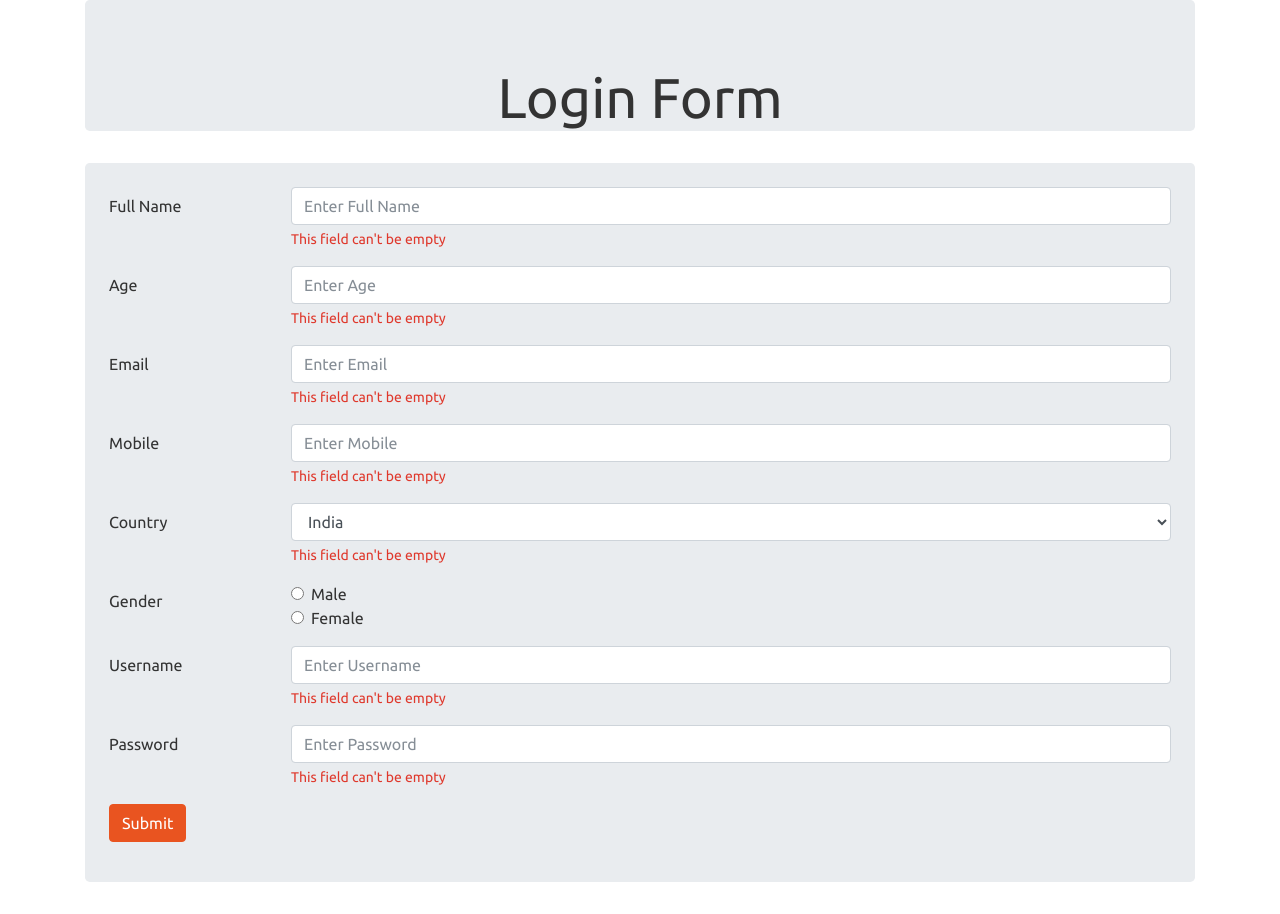
Repository: amar468S/Ng-templateDrivenForm
Page: /
These files come from the project's save history. The page is drawn as it stood at one moment and after the next save; the edit follows.
The browser window is 1280 px wide. The pictures show the whole page.
Some web libraries are served in a nearby version. The project was rebuilt for these pictures with package versions that can differ from the ones it lists, and the page was loaded fresh each time. Also part of the build but not shown: angular.json.

Above is the page before, as saved 2019-02-03 16:04:48.

### src/index.html
<!doctype html>
<html lang="en">
<head>
  <meta charset="utf-8">
  <title>NgTemplateForms</title>
  <base href="/">

  <meta name="viewport" content="width=device-width, initial-scale=1">
  <link rel="icon" type="image/x-icon" href="favicon.ico">
  <!-- CSS -->
  <link rel="stylesheet" href="https://stackpath.bootstrapcdn.com/bootstrap/4.2.1/css/bootstrap.min.css" integrity="sha384-GJzZqFGwb1QTTN6wy59ffF1BuGJpLSa9DkKMp0DgiMDm4iYMj70gZWKYbI706tWS" crossorigin="anonymous">
  <link rel="stylesheet" href="https://bootswatch.com/4/united/bootstrap.min.css">
  <!-- JS -->
  <script src="https://code.jquery.com/jquery-3.3.1.slim.min.js" integrity="sha384-q8i/X+965DzO0rT7abK41JStQIAqVgRVzpbzo5smXKp4YfRvH+8abtTE1Pi6jizo" crossorigin="anonymous"></script>
  <script src="https://cdnjs.cloudflare.com/ajax/libs/popper.js/1.14.6/umd/popper.min.js" integrity="sha384-wHAiFfRlMFy6i5SRaxvfOCifBUQy1xHdJ/yoi7FRNXMRBu5WHdZYu1hA6ZOblgut" crossorigin="anonymous"></script>
  <script src="https://stackpath.bootstrapcdn.com/bootstrap/4.2.1/js/bootstrap.min.js" integrity="sha384-B0UglyR+jN6CkvvICOB2joaf5I4l3gm9GU6Hc1og6Ls7i6U/mkkaduKaBhlAXv9k" crossorigin="anonymous"></script>

</head>
<body>
  <app-root></app-root>
</body>
</html>

### src/app/app.component.html
<div class="container">
    <div class="jumbotron pb-0">
      <p class="display-4 text-center mb-0">Login Form</p>
    </div>

  <div class="jumbotron p-4">
  <form>
      <div class="form-group row">
          <label class="col-sm-2 col-form-label">Full Name</label>
          <div class="col-sm-10">
            <input type="text" class="form-control" placeholder="Enter Full Name">
            <small class="form-text text-danger">This field can't be empty</small>
          </div>
      </div>
      <div class="form-group row">
          <label class="col-sm-2 col-form-label">Age</label>
          <div class="col-sm-10">
            <input type="number" class="form-control" placeholder="Enter Age">
            <small class="form-text text-danger">This field can't be empty</small>
          </div>
      </div>
      <div class="form-group row">
          <label class="col-sm-2 col-form-label">Email</label>
          <div class="col-sm-10">
            <input type="text" class="form-control" placeholder="Enter Email">
            <small class="form-text text-danger">This field can't be empty</small>
          </div>
      </div>
      <div class="form-group row">
          <label class="col-sm-2 col-form-label">Mobile</label>
          <div class="col-sm-10">
            <input type="text" class="form-control" placeholder="Enter Mobile">
            <small class="form-text text-danger">This field can't be empty</small>
          </div>
      </div>
      <div class="form-group row">
          <label class="col-sm-2 col-form-label">Country</label>
          <div class="col-sm-10">
            <select class="form-control">
              <option value="India">India</option>
              <option value="Sri Lanka">Sri Lanka</option>
              <option value="Bangladesh">Bangladesh</option>
              <option value="Nepal">Nepal</option>
            </select>
            <small class="form-text text-danger">This field can't be empty</small>
          </div>
      </div>
      <div class="form-group row">
          <label class="col-sm-2 col-form-label">Gender</label>
          <div class="col-sm-10">
            <div class="form-check">
              <input class="form-check-input" type="radio" name="gender">
              <label class="form-check-label">Male</label>
            </div>
            <div class="form-check">
                <input class="form-check-input" type="radio" name="gender">
                <label class="form-check-label">Female</label>
            </div>
          </div>
      </div>
      <div class="form-group row">
          <label class="col-sm-2 col-form-label">Username</label>
          <div class="col-sm-10">
            <input type="text" class="form-control" placeholder="Enter Username">
            <small class="form-text text-danger">This field can't be empty</small>
          </div>
      </div>
      <div class="form-group row">
          <label class="col-sm-2 col-form-label">Password</label>
          <div class="col-sm-10">
            <input type="password" class="form-control" placeholder="Enter Password">
            <small class="form-text text-danger">This field can't be empty</small>
          </div>
      </div>
      <div class="form-group">
          <div class="justify-content-center align-items-center">
            <input type="submit" class="btn btn-primary">
          </div>
      </div>
  </form>
  </div>

</div>

Loaded but not shown: src/styles.css (common file); src/main.ts (common file); src/app/app.module.ts (common file); src/environments/environment.ts (common file); src/app/app.component.ts (common file); src/app/app.component.css (no stored copy; drawn as an empty file)

After the next save:
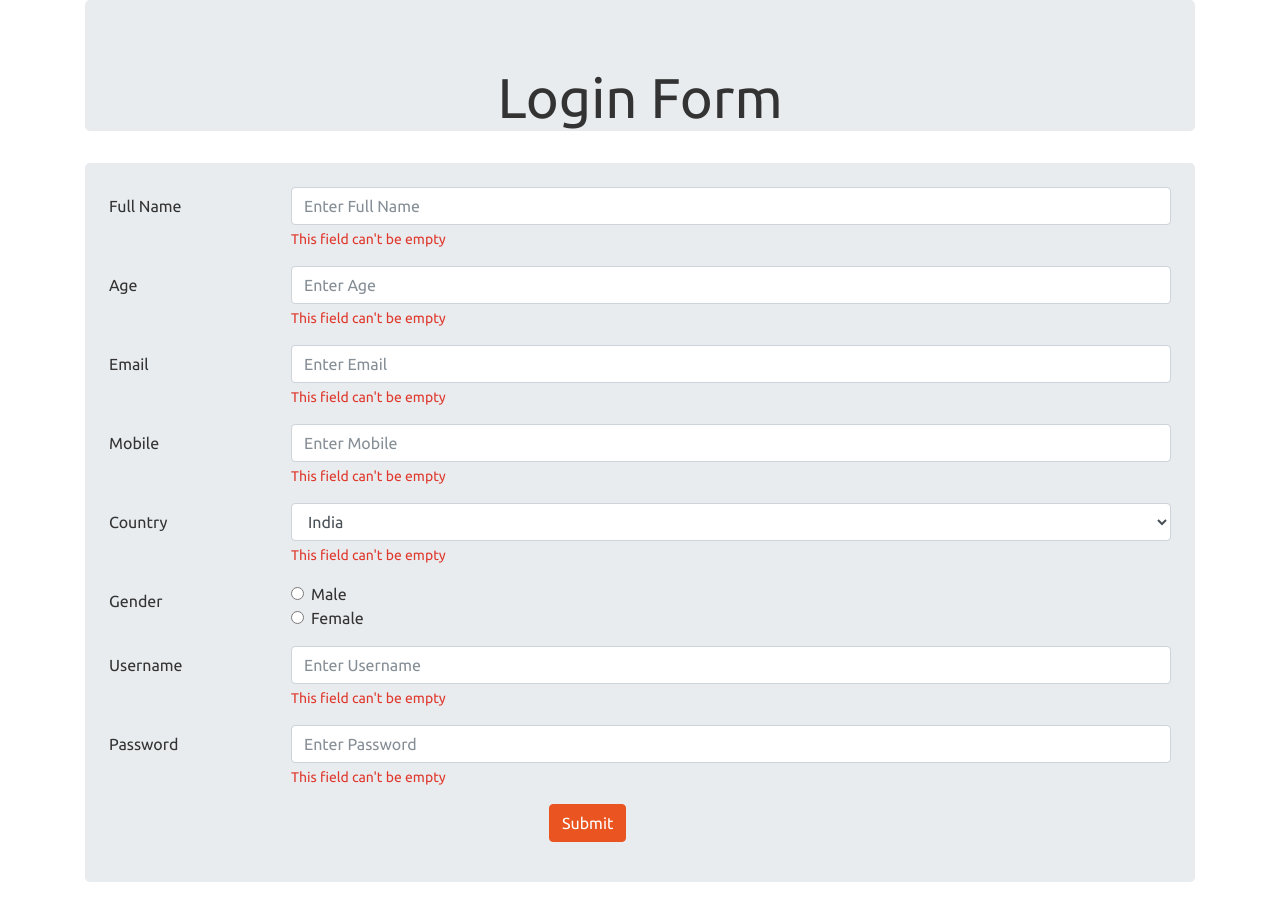
Saved 25 s later.
--- a/src/app/app.component.html
+++ b/src/app/app.component.html
@@ -72,7 +72,8 @@
             <small class="form-text text-danger">This field can't be empty</small>
           </div>
       </div>
-      <div class="form-group">
+      <div class="form-group row">
+          <label class="col-sm-5 col-form-label"></label>
           <div class="justify-content-center align-items-center">
             <input type="submit" class="btn btn-primary">
           </div>
